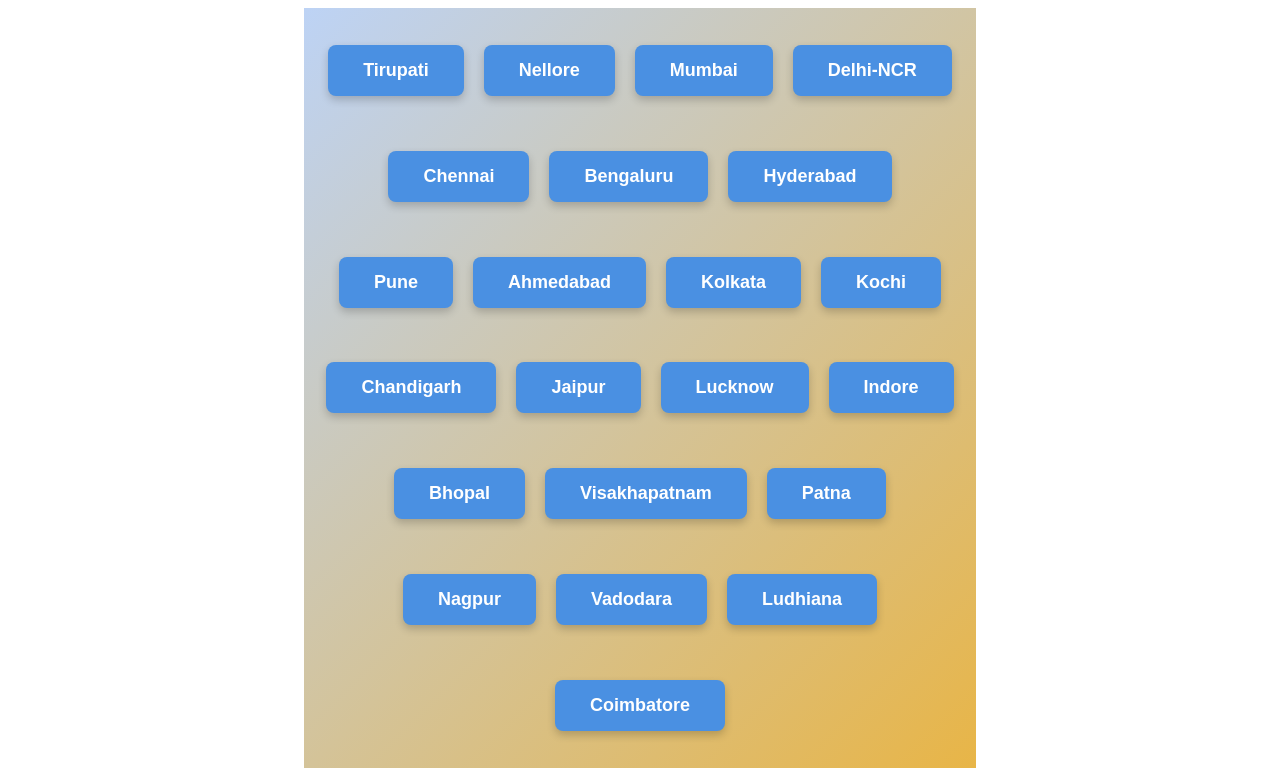
Repository: gnanaprasunag/MovieBookingApp
Page: /navigation (app in frontend/)
These files come from the project's save history. The page is drawn as it stood at one moment and after the next save; the edit follows.
The browser window is 1280 px wide. The pictures show the whole page.
The page's requests for data from a server got no answer. The project was rebuilt for these pictures with package versions that can differ from the ones it lists, and the page was loaded fresh each time. No one was signed in, and anything a server would have sent is missing. Also part of the build but not shown: frontend/src/components/PrivateRoute.js, frontend/src/components/AuthorizeRoute.js.

Above is the page before, as saved 2025-05-05 02:21:40.

### frontend/src/index.js
import React from 'react';
import ReactDOM from 'react-dom/client';
import App from './App';
import { BrowserRouter } from 'react-router-dom'
import { Provider } from 'react-redux';
import { store } from "./components/store";

store.subscribe(()=>{
  console.log("state",store.getState())
})

const root = ReactDOM.createRoot(document.getElementById('root'));
root.render(
  <BrowserRouter>
    <Provider store={store}>
      <App />
      </Provider>
  </BrowserRouter>
);

### frontend/src/App.js
import { Routes, Route } from 'react-router-dom';
import { ToastContainer } from 'react-toastify';
import 'react-toastify/dist/ReactToastify.css';
import { handleReload } from './components/regSlice';
import { useEffect, lazy, Suspense } from 'react';
import PrivateRoute from './components/PrivateRoute';
import AuthorizeRoute from './components/AuthorizeRoute';
import { useDispatch } from 'react-redux';
import {
    reloadMovies,
    reloadCastcrews,
    reloadSingledate,
    reloadTimeplaces,
    reloadBookinghistory,
    reloadRatings
} from './components/movieSlice';
import { useNavigate } from 'react-router-dom';

// Lazy-loaded components
const Register = lazy(() => import('./pages/registerLoginUserprofile/Register'));
const Login = lazy(() => import('./pages/registerLoginUserprofile/Login'));
const Profile = lazy(() => import('./pages/registerLoginUserprofile/Profile'));
const ListUsers = lazy(() => import('./pages/registerLoginUserprofile/ListUsers'));
const Forbidden = lazy(() => import('./pages/registerLoginUserprofile/Forbidden'));
const Direction = lazy(() => import('./pages/Direction'));

const MovieDetails = lazy(() => import('./pages/movieCreation/MovieDetails'));
const CastcrewDetails = lazy(() => import('./pages/castcrewCreation/CastcrewDetails'));
const TimeplaceDetails = lazy(() => import('./pages/timeplaceCreation/TimeplaceDetails'));
const BookingHistory = lazy(() => import('./pages/bookingHistory/BookingHistory'));
const UserBookingHistory = lazy(() => import('./pages/bookingHistory/UserBookingHistory'));
const RatingDetails = lazy(() => import('./pages/rating/RatingDetails'));
const Ratings = lazy(() => import('./pages/rating/Ratings'));
const AllRatings = lazy(() => import('./pages/rating/AllRatings'));

const Genre = lazy(() => import('./pages/Genre'));
const BrowseHere = lazy(() => import('./pages/BrowseHere'));
const Call = lazy(() => import('./pages/Call'));
const VoiceSearch = lazy(() => import('./pages/VoiceSearch'));
const InitialPage = lazy(() => import('./pages/InitialPage'));
const Navigation = lazy(() => import('./pages/Navigation'));
const FandQ = lazy(() => import('./pages/FandQ'));
const Pay = lazy(() => import('./pages/Pay'));
const Onmovieclick = lazy(() => import('./pages/Onmovieclick'));
const Onlocationclick = lazy(() => import('./pages/Onlocationclick'));
const Onbooktickets = lazy(() => import('./pages/Onbooktickets'));
const Onplaceclick = lazy(() => import('./pages/Onplaceclick'));
const Snack = lazy(() => import('./pages/Snack'));
const AllDetails = lazy(() => import('./pages/AllDetails'));
const BookingSummary = lazy(() => import('./pages/BookingSummary'));
const AvailableOffers = lazy(() => import('./pages/AvailableOffers'));
const ApplicableOffers = lazy(() => import('./pages/ApplicableOffers'));

function App() {
    const navigate = useNavigate();
    const dispatch = useDispatch();

    // Reload data and user session when app starts
    useEffect(() => {
        (async () => {
            try {
                console.log('before reload dispatch');
                console.log('in useEffect in app handleReload', handleReload);

                if (localStorage.getItem('token')) {
                    dispatch(handleReload());
                }
                dispatch(reloadMovies());
                dispatch(reloadCastcrews());
                dispatch(reloadTimeplaces());
                dispatch(reloadBookinghistory());
                dispatch(reloadRatings());
                dispatch(reloadSingledate());
            } catch (err) {
                console.log('error', err);
            }
        })();
    }, []);

    // Redirect "/" to /initialpage
    useEffect(() => {
        if (window.location.pathname === '/') {
            navigate('/initialpage');
        }
    }, []);

    return (
        <div className="App">
            <Suspense fallback={<div>Loading...</div>}>
                <Routes>
                    <Route path="/register" element={<Register />} />
                    <Route path="/login" element={<Login />} />
                    <Route path="/direction" element={<Direction />} />

                    <Route path="/moviedetails" element={<PrivateRoute><MovieDetails /></PrivateRoute>} />
                    <Route path="/castcrewdetails" element={<PrivateRoute><CastcrewDetails /></PrivateRoute>} />
                    <Route path="/timeplacedetails" element={<PrivateRoute><TimeplaceDetails /></PrivateRoute>} />
                    <Route path="/bookinghistory" element={<PrivateRoute><BookingHistory /></PrivateRoute>} />
                    <Route path="/userbookinghistory" element={<PrivateRoute><UserBookingHistory /></PrivateRoute>} />
                    <Route path="/ratingdetails" element={<PrivateRoute><RatingDetails /></PrivateRoute>} />
                    <Route path="/ratings" element={<Ratings />} />
                    <Route path="/allratings" element={<AllRatings />} />
                    <Route path="/alldetails" element={<PrivateRoute><AllDetails /></PrivateRoute>} />
                    <Route path="/availableoffers" element={<AvailableOffers />} />
                    <Route path="/applicableoffers" element={<PrivateRoute><ApplicableOffers /></PrivateRoute>} />
                    <Route path="/bookingsummmary" element={<PrivateRoute><BookingSummary /></PrivateRoute>} />
                    <Route path="/genre" element={<Genre />} />
                    <Route path="/browsehere" element={<BrowseHere />} />
                    <Route path="/call" element={<PrivateRoute><Call /></PrivateRoute>} />
                    <Route path="/snack" element={<PrivateRoute><Snack /></PrivateRoute>} />
                    <Route path="/voicesearch" element={<VoiceSearch />} />
                    <Route path="/navigation" element={<Navigation />} />
                    <Route path="/initialpage" element={<InitialPage />} />
                    <Route path="/profile" element={<PrivateRoute><Profile /></PrivateRoute>} />
                    <Route path="/fandq" element={<FandQ />} />
                    <Route path="/pay" element={<PrivateRoute><Pay /></PrivateRoute>} />
                    <Route path="/onmovieclick" element={<Onmovieclick />} />
                    <Route path="/onplaceclick" element={<Onplaceclick />} />
                    <Route path="/onlocationclick" element={<Onlocationclick />} />
                    <Route path="/onbooktickets" element={<Onbooktickets />} />

                    <Route path="/listusers" element={
                        <PrivateRoute>
                            <AuthorizeRoute roles={['admin', 'moderator']}>
                                <ListUsers />
                            </AuthorizeRoute>
                        </PrivateRoute>
                    } />

                    <Route path="/forbidden" element={<Forbidden />} />
                </Routes>
            </Suspense>
            <ToastContainer />
        </div>
    );
}

export default App;

### frontend/src/components/store.js
import { configureStore } from "@reduxjs/toolkit";
import userReducer from "./regSlice";
import movieReducer from "./movieSlice";

export const store = configureStore({
  reducer: {
    user: userReducer,
    movieSlice:movieReducer
  },
});

console.log(store.getState());

### frontend/src/components/regSlice.js
import { createSlice, createAsyncThunk } from '@reduxjs/toolkit';
import { toast } from 'react-toastify';
import axios from '../config/axios';

// ------------------------------
// 🟢 Async Thunks
// ------------------------------

const handleApiErrors = (err, rejectWithValue, defaultMsg = 'An error occurred') => {
    if (err.response?.data?.error) {
        return rejectWithValue({ serverErrors: [err.response.data.error] });
    } else if (err.response?.data?.errors) {
        const array = err.response.data.errors.map((ele) => ele.msg);
        return rejectWithValue({ serverErrors: array });
    } else {
        return rejectWithValue({ serverErrors: [defaultMsg] });
    }
};

export const handleEditProfile = createAsyncThunk(
    "users/handleEditProfile",
    async ({ editId, formData }, { rejectWithValue }) => {
        try {
            const response = await axios.put(
                `/api/users/change-profile/${editId}`,
                formData,
                { headers: { 'Authorization': localStorage.getItem('token') } }
            );
            return response.data;
        } catch (err) {
            return handleApiErrors(err, rejectWithValue, 'Failed to edit profile');
        }
    }
);

export const handleRegister = createAsyncThunk(
    "users/handleRegister",
    async (formData, { rejectWithValue }) => {
        try {
            const response = await axios.post('/api/users/register', formData);
            toast('Successfully Registered', { autoClose: 1000 });
            return response.data;
        } catch (err) {
            return handleApiErrors(err, rejectWithValue, 'Registration failed');
        }
    }
);

export const handleReload = createAsyncThunk(
    "users/handleReload",
    async (_, { rejectWithValue }) => {
        try {
            const response = await axios.get('/api/users/account', {
                headers: { 'Authorization': localStorage.getItem('token') }
            });
            return response.data;
        } catch (err) {
            return handleApiErrors(err, rejectWithValue, 'Failed to reload user data');
        }
    }
);

export const handlemailcheck = createAsyncThunk(
    "users/handleEmailcheck",
    async ({ email }, { rejectWithValue }) => {
        try {
            const response = await axios.post('/api/users/mailcheck', { email });
            return response.data;
        } catch (err) {
            return rejectWithValue({
                serverErrors: ['Email ID is not present']
            });
        }
    }
);

export const handleLogin = createAsyncThunk(
    "users/handleLogin",
    async (formData, { rejectWithValue }) => {
        try {
            const response = await axios.post('/api/users/login', formData, {
                headers: { 'Authorization': localStorage.getItem('token') }
            });
            localStorage.setItem('token', response.data.token);
            toast('Successfully logged in');
            return response.data;
        } catch (err) {
            return handleApiErrors(err, rejectWithValue, 'Login failed');
        }
    }
);

// ------------------------------
// 🟢 Slice
// ------------------------------

const initialState = {
    user: null,
    isLoggedin: false,
    error: null,
    status: "idle",
    editId: null
};

const userSlice = createSlice({
    name: "users",
    initialState,
    reducers: {
        handleEditId: (state, action) => {
            state.editId = action.payload;
        },
        handleLogout: (state) => {
            localStorage.removeItem('token');
            state.user = null;
            state.isLoggedin = false;
            state.error = null;
            state.editId = null;
            state.status = "idle";
            toast("Successfully logged out");
        },
        handleServerErrors: (state, action) => {
            state.error = action.payload;
        }
    },
    extraReducers: (builder) => {
        builder
            // Register
            .addCase(handleRegister.pending, (state) => {
                state.status = "loading";
            })
            .addCase(handleRegister.fulfilled, (state, action) => {
                state.status = "success";
                state.user = action.payload;
                state.error = null;
            })
            .addCase(handleRegister.rejected, (state, action) => {
                state.error = action.payload.serverErrors;
            })

            // Login
            .addCase(handleLogin.pending, (state) => {
                state.status = "loading";
            })
            .addCase(handleLogin.fulfilled, (state, action) => {
                state.isLoggedin = true;
                state.user = action.payload.user;
                state.error = null;
            })
            .addCase(handleLogin.rejected, (state, action) => {
                state.error = action.payload.serverErrors;
            })

            // Reload
            .addCase(handleReload.fulfilled, (state, action) => {
                state.isLoggedin = true;
                state.user = action.payload;
                state.error = null;
            })

            // Edit Profile
            .addCase(handleEditProfile.fulfilled, (state, action) => {
                state.editId = null;
                state.user = action.payload;
                state.error = null;
            })
            .addCase(handleEditProfile.rejected, (state, action) => {
                state.error = action.payload.serverErrors;
            });
    }
});

export const { handleLogout, handleServerErrors, handleEditId } = userSlice.actions;
export default userSlice.reducer;

### frontend/src/components/movieSlice.js
import { createSlice, createAsyncThunk } from '@reduxjs/toolkit';
import axios from '../config/axios';


const handleApiErrors = (err, rejectWithValue) => {
    if (err.response?.data?.error) {
        return rejectWithValue({ serverErrors: [err.response.data.error] });
    } else if (err.response?.data?.errors) {
        const array = err.response.data.errors.map(ele => ele.msg);
        return rejectWithValue({ serverErrors: array });
    } else {
        return rejectWithValue({ serverErrors: ['Unknown error occurred'] });
    }
};

export const reloadSingledate = createAsyncThunk(
    "movies/reloadSingledate",
    async (_, { rejectWithValue }) => {
        try {
            const response = await axios.get('/api/singledate');
            return response.data;
        } catch (err) {
            return handleApiErrors(err, rejectWithValue);
        }
    }
);

export const reloadMovies = createAsyncThunk(
    "movies/reloadMovies",
    async (_, { rejectWithValue }) => {
        try {
            const response = await axios.get('/api/movies');
            return response.data;
        } catch (err) {
            return handleApiErrors(err, rejectWithValue);
        }
    }
);

export const reloadCastcrews = createAsyncThunk(
    "movies/reloadCastcrews",
    async (_, { rejectWithValue }) => {
        try {
            const response = await axios.get('/api/castcrew');
            return response.data;
        } catch (err) {
            return handleApiErrors(err, rejectWithValue);
        }
    }
);

export const reloadTimeplaces = createAsyncThunk(
    "movies/reloadTimeplaces",
    async (_, { rejectWithValue }) => {
        try {
            const response = await axios.get('/api/timeplace');
            return response.data;
        } catch (err) {
            return handleApiErrors(err, rejectWithValue);
        }
    }
);

export const reloadBookinghistory = createAsyncThunk(
    "movies/reloadBookinghistory",
    async (_, { rejectWithValue }) => {
        try {
            const response = await axios.get('/api/bookinghistory');
            return response.data;
        } catch (err) {
            return handleApiErrors(err, rejectWithValue);
        }
    }
);

export const reloadRatings = createAsyncThunk(
    "movies/reloadRatings",
    async (_, { rejectWithValue }) => {
        try {
            const response = await axios.get('/api/rating');
            return response.data;
        } catch (err) {
            return handleApiErrors(err, rejectWithValue);
        }
    }
);

// ------------------------------
// 🟢 Slice
// ------------------------------

const initialState = {
    allmovies: null,
    allcastcrews: null,
    alltimeplaces: null,
    allbookinghistories: null,
    allratings: null,
    allsingledate: null,
    error: null,
    status: "idle",
    editId: null
};

const movieSlice = createSlice({
    name: "movies",
    initialState,
    reducers: {
        handleEditId: (state, action) => {
            state.editId = action.payload;
        },
        handleServerErrors: (state, action) => {
            state.error = action.payload;
        },
        moviesAfterEdit: (state, action) => {
            state.allmovies = action.payload;
        },
        castcrewAfterRemove: (state, action) => {
            state.allcastcrews = action.payload;
        },
        timeplaceAfterRemove: (state, action) => {
            state.alltimeplaces = action.payload;
        },
        ratingAfterRemove: (state, action) => {
            state.allratings = action.payload;
        }
    },
    extraReducers: (builder) => {
        builder
            .addCase(reloadMovies.pending, (state) => {
                state.status = "loading";
            })
            .addCase(reloadMovies.fulfilled, (state, action) => {
                state.allmovies = action.payload;
                state.status = "idle";
            })
            .addCase(reloadMovies.rejected, (state, action) => {
                state.error = action.payload?.serverErrors;
                state.status = "idle";
            })
            .addCase(reloadSingledate.fulfilled, (state, action) => {
                state.allsingledate = action.payload;
            })
            .addCase(reloadCastcrews.fulfilled, (state, action) => {
                state.allcastcrews = action.payload;
            })
            .addCase(reloadCastcrews.rejected, (state, action) => {
                state.error = action.payload?.serverErrors;
            })
            .addCase(reloadTimeplaces.fulfilled, (state, action) => {
                state.alltimeplaces = action.payload;
            })
            .addCase(reloadBookinghistory.fulfilled, (state, action) => {
                state.allbookinghistories = action.payload;
            })
            .addCase(reloadRatings.fulfilled, (state, action) => {
                state.allratings = action.payload;
            });
    }
});

export const {
    handleEditId,
    handleServerErrors,
    moviesAfterEdit,
    castcrewAfterRemove,
    timeplaceAfterRemove,
    ratingAfterRemove
} = movieSlice.actions;

export default movieSlice.reducer;

### frontend/src/pages/Navigation.js
import { useState } from "react";
import { useNavigate } from "react-router-dom";
import "./navigation.css"; // Assuming the CSS file is in the same directory

export default function Navigation() {
  const navigate = useNavigate();
  const [selectedLocation, setSelectedLocation] = useState("");

  const places = [
    "Tirupati",
    "Nellore",
    "Mumbai",
    "Delhi-NCR",
    "Chennai",
    "Bengaluru",
    "Hyderabad",
    "Pune",
    "Ahmedabad",
    "Kolkata",
    "Kochi",
    "Chandigarh",
    "Jaipur",
    "Lucknow",
    "Indore",
    "Bhopal",
    "Visakhapatnam",
    "Patna",
    "Nagpur",
    "Vadodara",
    "Ludhiana",
    "Coimbatore",
  ];

  const handleClick = (ele) => {
    setSelectedLocation(ele);
    navigate("/initialpage", { state: { selectedlocation: ele } });
  };

  return (
    <div className="navigation-container">
      {places.map((ele, i) => (
        <button
          key={i}
          onClick={() => handleClick(ele)}
          className="location-button"
        >
          {ele}
        </button>
      ))}
    </div>
  );
}

### frontend/src/config/axios.js
import axios from 'axios'
//we can create axios configuration object
export default axios.create({
    baseURL:'http://localhost:9213'
})

### frontend/src/pages/navigation.css
/* Full-page container styling */
.navigation-container {
    display: flex;
    flex-wrap: wrap;
    justify-content: center;
    align-items: center;
    min-height: 100vh;
    background: linear-gradient(135deg, #bdd3f5, #e8b547); /* Soft gradient */
    gap: 20px;
    padding: 20px;
    max-width:50%;
    margin:0 auto;
}

/* Location button styling */
.location-button {
    padding: 15px 35px;
    background-color: #4a90e2; /* Elegant blue */
    color: #fff;
    border: none;
    border-radius: 8px;
    font-size: 18px;
    font-weight: 600;
    cursor: pointer;
    box-shadow: 0 4px 8px rgba(0, 0, 0, 0.2);
    transition: all 0.3s ease;
    text-transform: capitalize;
}

/* Hover effect */
.location-button:hover {
    background-color: #357ABD;
    transform: translateY(-3px);
    box-shadow: 0 6px 12px rgba(0, 0, 0, 0.3);
}

/* Click effect */
.location-button:active {
    transform: translateY(0);
    box-shadow: 0 4px 8px rgba(0, 0, 0, 0.2);
}

Loaded but not shown: frontend/public/index.html (common file)

After the next save:
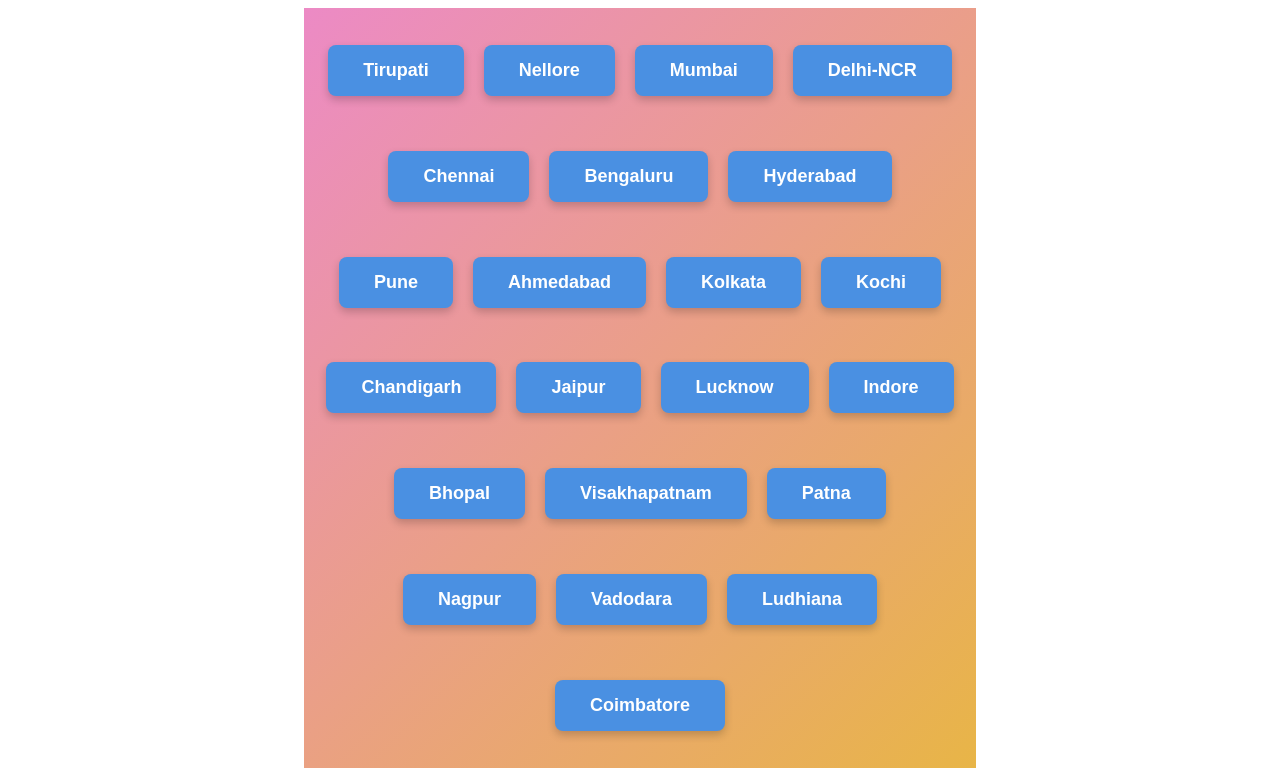
Saved 11 s later.
--- a/frontend/src/pages/navigation.css
+++ b/frontend/src/pages/navigation.css
@@ -5,7 +5,7 @@
     justify-content: center;
     align-items: center;
     min-height: 100vh;
-    background: linear-gradient(135deg, #bdd3f5, #e8b547); /* Soft gradient */
+    background: linear-gradient(135deg, #ec8ac5, #e8b547); /* Soft gradient */
     gap: 20px;
     padding: 20px;
     max-width:50%;
